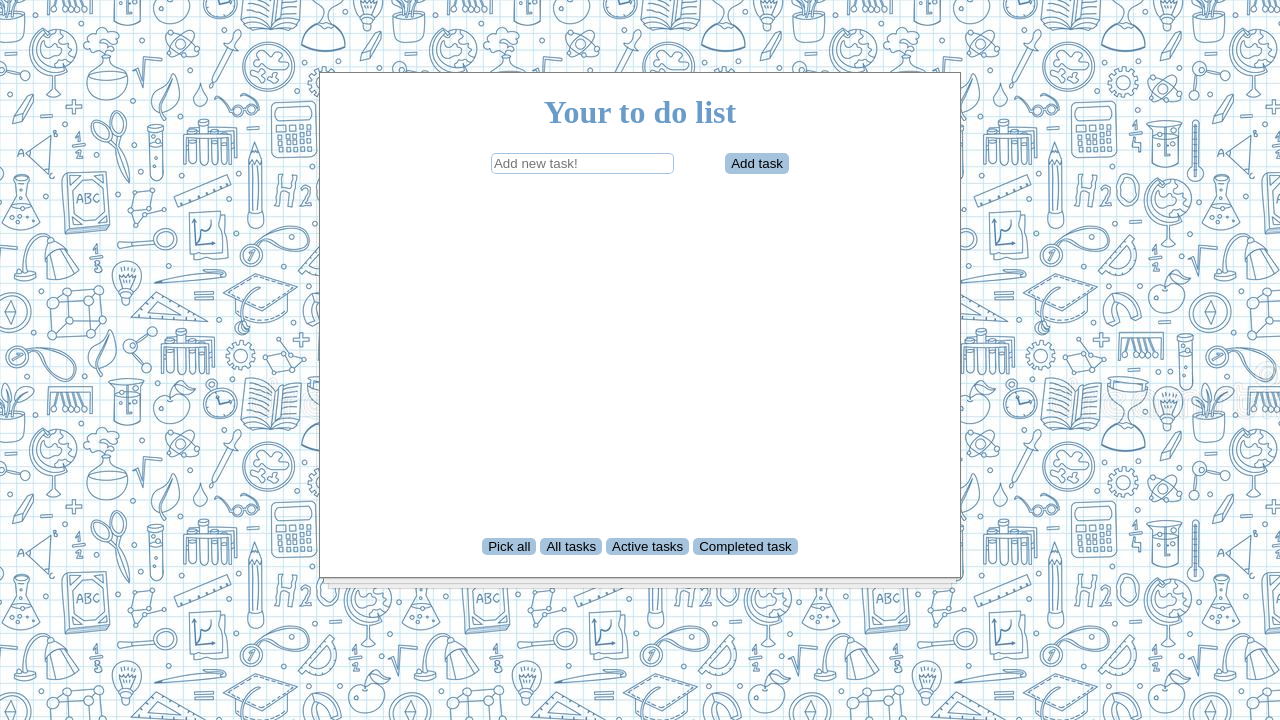
Repository: FetterDev/to-do-v2
Page: index.html
These files come from the project's save history. The page is drawn as it stood at one moment and after the next save; the edit follows.
The browser window is 1280 px wide. The pictures show the whole page.

Above is the page before, as saved 2020-07-20 15:29:08.

### index.html
<!DOCTYPE html>
<html lang="en">
<head>
    <meta charset="UTF-8">
    <meta name="viewport" content="width=device-width, initial-scale=1.0">
    <title>to do list</title>
    <link rel="stylesheet" href="style.css">
</head>
<body>
    <div>
        <div class=" wrapper paper">
               <h1 class="title"> Your to do list</h1>
               <div class="add-task-panel">
                   <input type="text" class="text-holder" placeholder="Add new task!">
                   <input type="button" class="button" value="Add task">
               </div>
                <div class="bottom-button">
                    <input type="button" class="button" value="Pick all">
                    <input type="button" class="button" value="All tasks">
                    <input type="button" class="button" value="Active tasks">
                    <input type="button" class="button"value="Completed task">

                </div>
           </div>
        </div>
    </div>
</body>
</html>

### style.css
body{
    padding: 0;
    margin: 0;
    background-image: url(img/back.jpg)
}
h1{
    padding: 0;

}
.wrapper{
    position: relative;
    display: flex;
    flex-direction: column;
    align-items: center;
    margin: auto;
    margin-top: 10vh;
    max-width: 50vw;
    min-height: 70vh;
    border: 1px solid grey;

}
.paper {
    background: #fff;
    box-shadow:
      0 1px 1px rgba(0,0,0,0.15),

      0 10px 0 -5px #eee,

      0 10px 1px -4px rgba(0,0,0,0.15),

      0 20px 0 -10px #eee,

      0 20px 1px -9px rgba(0,0,0,0.15);


  }
  .title{
      color: rgb(107,156,200);
  }
  .add-task-panel{
      justify-content: left;
      display: flex;
      align-self: center;
      height: 3vh;

  }
  .pick-all{

  }
  .text-holder{
    border: 0.5px solid ;
    border-radius: 5px;
    border-color:rgba(107,156,200,0.6) ;
    margin-right: 4vw;

  }
  .button{
      border-radius: 5px;
      border: none;
      background-color: rgba(107,156,200,0.6);
  }
  .bottom-button{
      position: absolute;
      bottom: 3vh;
  }

After the next save:
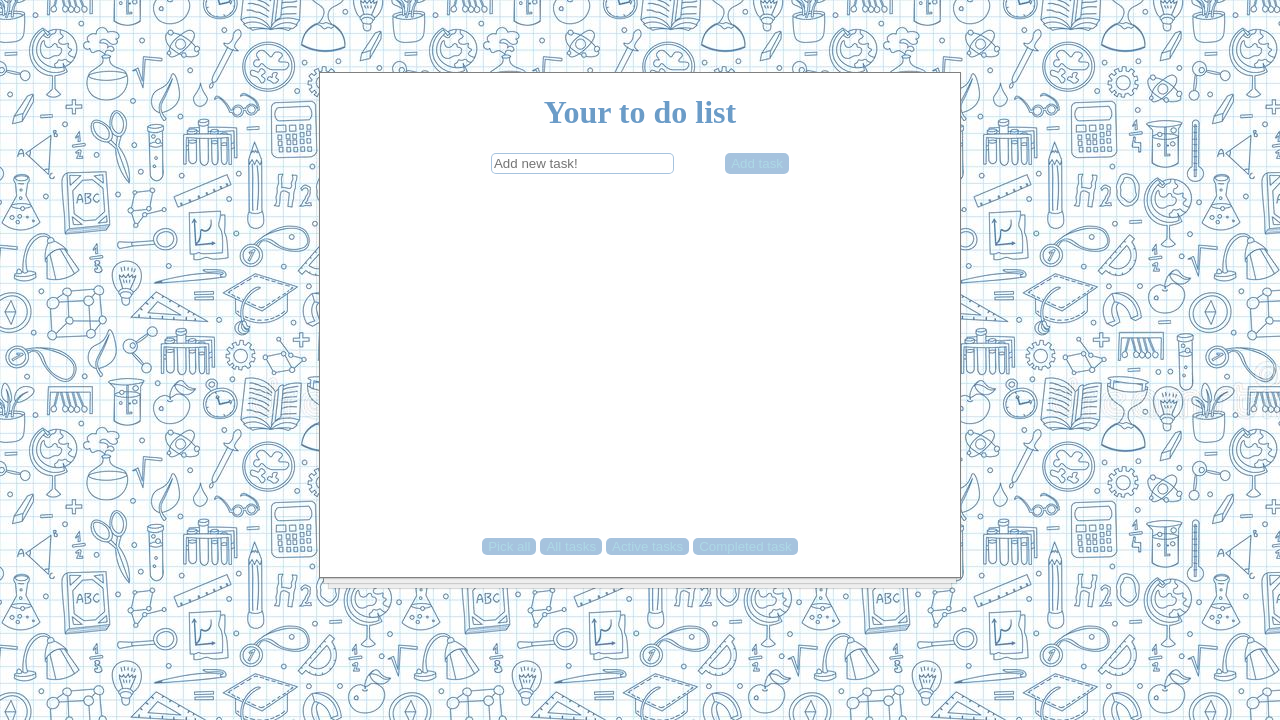
Saved 30 s later.
--- a/style.css
+++ b/style.css
@@ -55,6 +55,7 @@ h1{
 
   }
   .button{
+      color: lightblue;
       border-radius: 5px;
       border: none;
       background-color: rgba(107,156,200,0.6);
